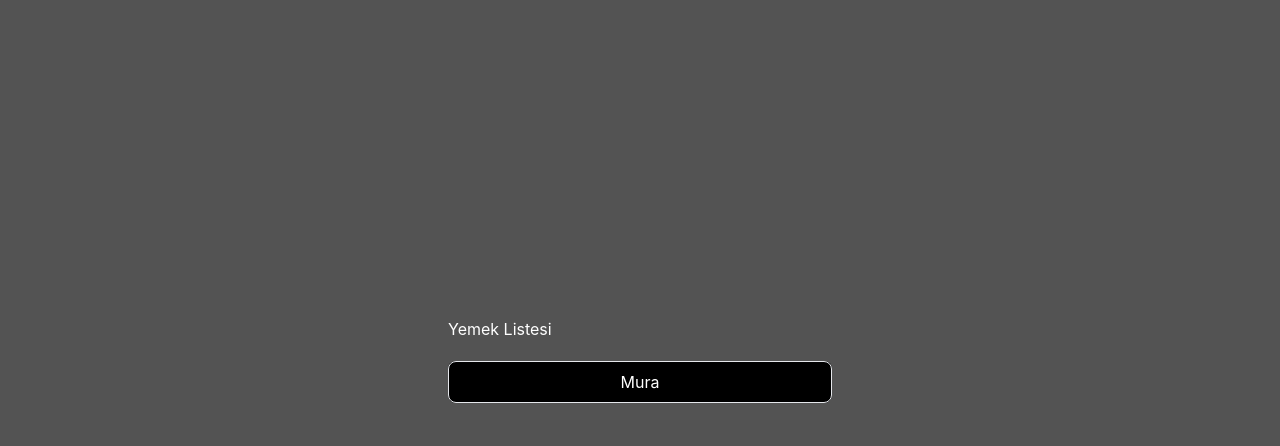
Repository: muratyildiz63/Composition-API-Nedir-todo-list
Page: /
An editor plug-in stored every save of this project. The page is shown before and after the next save, followed by the edit.
The browser window is 1280 px wide. The pictures show the whole page.
The project was rebuilt for these pictures with package versions that can differ from the ones it lists, and the page was loaded fresh each time. Also part of the build but not shown: vite.config.js.

Above is the page before, as saved 2022-08-15 18:52:08.

### src/main.js
import { createApp } from 'vue'
import './style.css'
import App from './App.vue'
import './index.css'

createApp(App).mount('#app')

### src/App.vue
<template>
  <div class="w-full h-full text-white">
    <h3 class="w-full flex  mb-5">Yemek Listesi</h3>

    <div class="flex justify-center">
      <div
        class="bg-black rounded-lg   w-96 "      >



     <div
          aria-current="true"
          class="
            block
            px-6
            py-2
            border border-gray-200
            w-full
            rounded-lg
            text-white
            cursor-pointer
          "
        >
          Mura
        </div>


      </div>
    </div>
  </div>
</template>

### src/index.css
@tailwind base;
@tailwind components;
@tailwind utilities;
body {
    background-color: rgb(83 83 83);
}

### tailwind.config.cjs
module.exports = {
    content: [
        "./index.html",
        "./src/**/*.{vue,js,ts,jsx,tsx}",
    ],
    theme: {
        extend: {},
    },
    plugins: [],
}

Loaded but not shown: index.html (common file); src/style.css (common file)

After the next save:
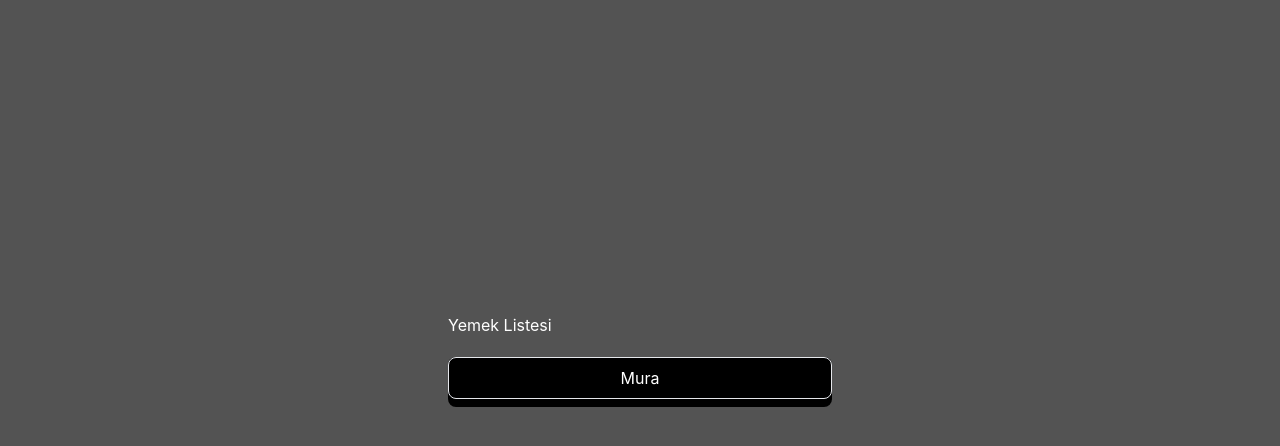
Saved 6 s later.
--- a/src/App.vue
+++ b/src/App.vue
@@ -12,6 +12,7 @@
           aria-current="true"
           class="
             block
+            mb-2
             px-6
             py-2
             border border-gray-200
